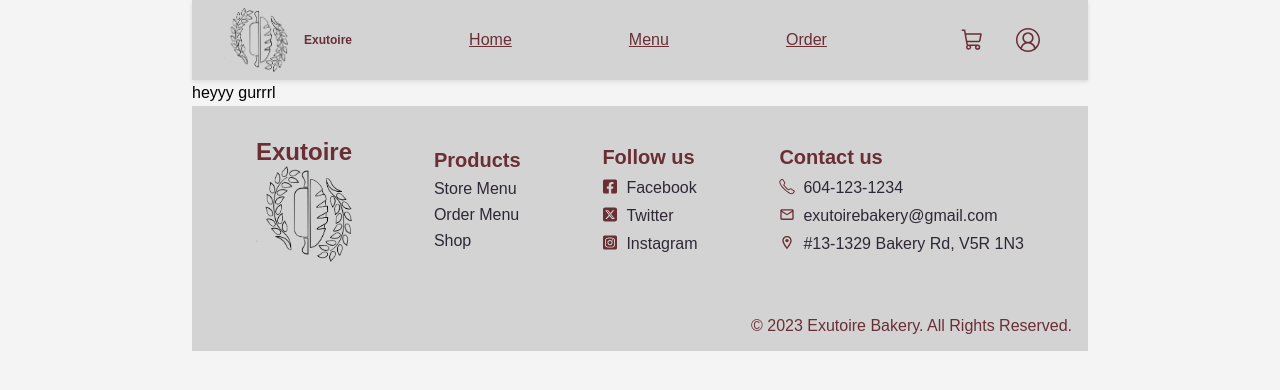
Repository: MelissaJacobi/COMP3170-final-proj
Page: /menu
An editor plug-in stored every save of this project. The page is shown before and after the next save, followed by the edit.
The browser window is 1280 px wide. The pictures show the whole page.
The project was rebuilt for these pictures with package versions that can differ from the ones it lists, and the page was loaded fresh each time. Also part of the build but not shown: vite.config.js, src/components/Carousel.module.css, src/components/Carousel.tsx, src/components/Vision.module.css, src/components/Vision.tsx, src/components/MenuGallery.module.css, src/components/MenuGallery.tsx, src/pages/Menu.module.css.

Above is the page before, as saved 2024-10-05 22:17:29.

### src/main.tsx
import { StrictMode } from 'react'
import { createRoot } from 'react-dom/client'
import App from './App.tsx'
import './index.css'

 createRoot(document.getElementById('root')!).render(
   <StrictMode>
     <App />
   </StrictMode>,
 )

### src/App.tsx
import { BrowserRouter as Router, Routes, Route } from 'react-router-dom';
import styles from './App.module.css';
import Header from './components/Header';
import Footer from './components/Footer';
import Carousel from './components/Carousel';
import Vision from './components/Vision';
import MenuGallery from './components/MenuGallery';
import Menu from './pages/menu';

function App() {
  return (
    <Router>
      <div className={styles.appContainer}>
      <Header />
      <Routes>

        <Route path="/" element={
          <>
            <Carousel />

              <div className={styles.filler}></div>
              <Vision />
              <MenuGallery />

          </>
        } />

        <Route path="/menu" element={<Menu />} />

      </Routes>
      <Footer />
      </div>
    </Router>
  );
}

export default App;

### src/index.css
* {
  margin: 0;
  padding: 0;
  box-sizing: border-box;
}

body {
  font-family: Arial, sans-serif;
  line-height: 1.6;
  background-color: #f4f4f4;
}

:root {
  --primary-color: lightgrey;
  --secondary-color: lightblue;
  --accent-color: #6A2E35;
  --background-color: white;
  --text-color: #2E2836;
}

### src/App.module.css
.appContainer {
    width: 70%;
    height: 100%;
    margin: auto;
}

.filler {
    height: 35rem;
}

### src/components/Header.tsx
// Header.tsx
import { Link } from 'react-router-dom';
import styles from './Header.module.css';
import logo from "../assets/images/logo.png";
import { PiShoppingCart } from "react-icons/pi";
import { VscAccount } from "react-icons/vsc";

export default function Header() {
  return (
    <div className={styles.container}>
      <div>
        <img src={logo} alt="Logo" className={styles.logo} />
        <p className={styles.siteTitle}>Exutoire</p>
      </div>
      <Link to="/" className={styles.links}>Home</Link>
      <Link to="/Menu" className={styles.links}>Menu</Link>
      <Link to="/order" className={styles.links}>Order</Link>
      <div>
        <PiShoppingCart className={styles.icon} />
        <VscAccount className={styles.icon} />
      </div>
    </div>
  );
}

### src/components/Footer.tsx
import logo from "../assets/images/logo.png"
import styles from "./Footer.module.css"
import { FaFacebookSquare } from "react-icons/fa";
import { FaSquareXTwitter } from "react-icons/fa6";
import { FaInstagramSquare } from "react-icons/fa";
import { SlPhone } from "react-icons/sl";
import { MdOutlineMailOutline } from "react-icons/md";
import { MdOutlineLocationOn } from "react-icons/md";

export default function Footer() {

  return (
    <>
      <div className={styles.container}>
        <div>
            <p className={styles.siteTitle}>Exutoire</p>
            <img src={logo} alt="Logo" className={styles.logo}/>
        </div>
        <ul>
          <p>Products</p>
          <li>Store Menu</li>
          <li>Order Menu</li>
          <li>Shop</li>
        </ul>
        <ul>
          <p>Follow us</p>
          <li><FaFacebookSquare className={styles.socialIcon}/>Facebook</li>
          <li><FaSquareXTwitter className={styles.socialIcon}/>Twitter</li>
          <li><FaInstagramSquare className={styles.socialIcon}/>Instagram</li>
        </ul>
        <ul>
          <p>Contact us</p>
          <li><SlPhone  className={styles.socialIcon}/>604-123-1234</li>
          <li><MdOutlineMailOutline className={styles.socialIcon}/>exutoirebakery@gmail.com</li>
          <li><MdOutlineLocationOn className={styles.socialIcon}/>#13-1329 Bakery Rd, V5R 1N3</li>
        </ul>
      </div>
      <p className={styles.copywrite}>© 2023 Exutoire Bakery.  All Rights Reserved.</p>
    </>
  )
}

### src/pages/menu.tsx
export default function Menu() {

  return (
    <>
    <div className='menuContainer'>
        <p>heyyy gurrrl</p>
    </div>

    </>
  )
}

### src/components/Header.module.css
.container {
    background-color: var(--primary-color);
    width: 100%;
    height: 5rem;
    display: flex;
    align-items: center;
    justify-content: space-between;
    padding: 2rem;
    position: sticky;
    top: 0;
    z-index: 1000;
    box-shadow: 0 2px 4px rgba(0, 0, 0, 0.1);
}

.logo {
    height: 4rem;
    width: 4rem;
}

.siteTitle {
    font-size: 12px;
    font-style: normal;
    font-weight: 700;
    line-height: normal;
    margin-left: 1rem;
    color: var(--accent-color)
}

.container div {
    display: flex;
    align-items: center;
}

.links {
    font-size: 16px;
    font-style: normal;
    font-weight: 400;
    line-height: normal;
    color: var(--accent-color)
}

.icon {
    height: 1.5rem;
    width: 1.5rem;
    margin: 1rem;
    color: var(--accent-color)
}

### src/components/Footer.module.css
.container {
    background-color: var(--primary-color);
    height: 100%;
    width: 100%;
    display: flex;
    align-items: center;
    justify-content: space-between;
    padding: 2rem 4rem;
}

.container div{
    text-align: center;
}

.logo {
    width: 6rem;
    height: 6rem;
}

.siteTitle {
    font-size: 24px;
    font-style: normal;
    font-weight: 700;
    line-height: normal;
    color: var(--accent-color)
}

.container ul p {
    color: var(--accent-color);
    font-size: 20px;
    font-style: normal;
    font-weight: 700;
    line-height: normal;
}

.container ul li {
    font-size: 16px;
    font-style: normal;
    font-weight: 400;
    line-height: normal;
    margin: 0.5rem 0rem;
    padding: 0;
    list-style-type: none;
    color: var(--text-color)
}

.socialIcon {
    transform: translateY(0.1rem);
    color: var(--accent-color);
    margin-right: 0.5rem;
}

.copywrite {
    width: 100%;
    text-align: right;
    padding: 1rem;
    font-size: 16px;
    font-style: normal;
    font-weight: 400;
    line-height: normal;
    color: var(--accent-color);
    background-color: var(--primary-color);
}

Loaded but not shown: index.html (common file)

After the next save:
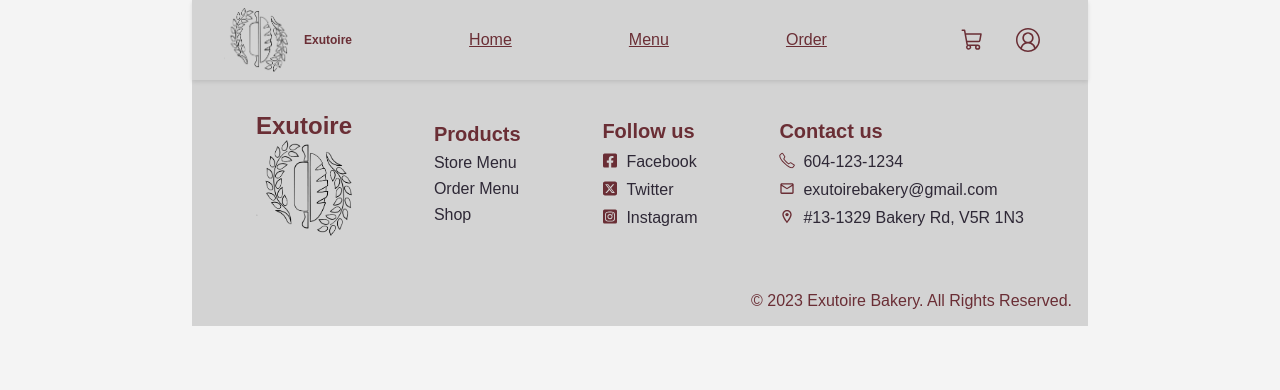
Saved 8 min 4 s later.
--- a/src/pages/menu.tsx
+++ b/src/pages/menu.tsx
@@ -1,9 +1,11 @@
+import styles from './Menu.module.css'
+
 export default function Menu() {
 
   return (
     <>
-    <div className='menuContainer'>
-        <p>heyyy gurrrl</p>
+    <div className={styles.container}>
+
     </div>
 
     </>
